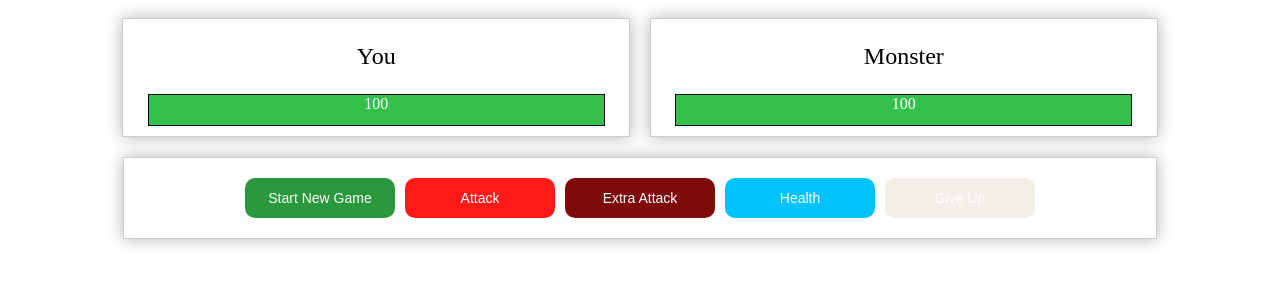
Repository: jakublack/game-fight-vue
Page: /
An editor plug-in stored every save of this project. The page is shown before and after the next save, followed by the edit.
The browser window is 1280 px wide. The pictures show the whole page.
The project was rebuilt for these pictures with package versions that can differ from the ones it lists, and the page was loaded fresh each time.

Above is the page before, as saved 2018-08-08 21:06:46.

### public/index.html
<!DOCTYPE html>
<html lang="en">
  <head>
    <meta charset="utf-8">
    <meta http-equiv="X-UA-Compatible" content="IE=edge">
    <meta name="viewport" content="width=device-width,initial-scale=1.0">
    <link rel="icon" href="<%= BASE_URL %>favicon.ico">
    <title>game-app</title>
  </head>
  <body>
    <noscript>
      <strong>We're sorry but game-app doesn't work properly without JavaScript enabled. Please enable it to continue.</strong>
    </noscript>
    <div id="app"></div>
    <!-- built files will be auto injected -->
  </body>
</html>

### src/components/Game.vue
<template>
  <div class="wrapper--app">
    <div class="wrapper--person">
      <div class="person--player">
        <p>You</p>
        <div class="person--health player--health">{{healthYou}}</div>
      </div>
      <div class="person--player">
        <p>Monster</p>
        <div class="person--health monster--health">{{healthMonster}}</div>
      </div>
    </div>
    <div class="wrapper-action">

      <button class="btn btn-new-game">Start New Game</button>

      <template v-if="!startGame">
        <button class="btn btn-atack">Attack</button>
        <button class="btn btn-extra-atack">Extra Attack</button>
        <button class="btn btn-health">Health</button>
        <button class="btn btn-give-up">Give Up</button>
      </template>

    </div>
  </div>
</template>

<script>
export default {
  name: 'Game',
  data:  function() {
    return {
      healthYou : 100,
      healthMonster : 100,
      startGame : false,
    }
  }
}
</script>

<!-- Add "scoped" attribute to limit CSS to this component only -->
<style scoped>

.wrapper--person {
  text-align: center;
}

.person--player {
  width: 40%;
  display: inline-block;
  margin: 10px;
  text-align: center;
  border: 1px solid #ccc;
  box-shadow: 0px 0px 15px 0px rgba(0,0,0,0.3);
}

.person--player p {
  font-size: 24px;
}

.person--health {
  width: 90%;
  height: 30px;
  margin: 10px auto;
  background-color: #35BF4D;
  border: 1px solid #000;
  color: #fff;
}
.wrapper-action {
  width: calc(80% + 20px);
  height: auto;
  min-height: 80px;
  margin: 10px auto;
  border: 1px solid #ccc;
  box-shadow: 0px 0px 15px 0px rgba(0,0,0,0.3);
  display: flex;
  justify-content: center;
  align-items: center;
}
.btn {
  width: 150px;
  height: 40px;
  border: none;
  cursor: pointer;
  font-size: 14px;
  outline: none;
  color: #fff;
  border-radius: 10px;
  margin: 5px;
}
.btn-new-game {
  background-color: #2A983D;
}
.btn-atack {
  background-color:#FF1919;
}
.btn-extra-atack {
  background-color: #7f0c0c;
}
.btn-health {
  background-color: #00C3FF;
}
.btn-give-up {
  background-color: #F4EEE8;
}




</style>

Loaded but not shown: src/main.js (common file); src/App.vue (common file)

After the next save:
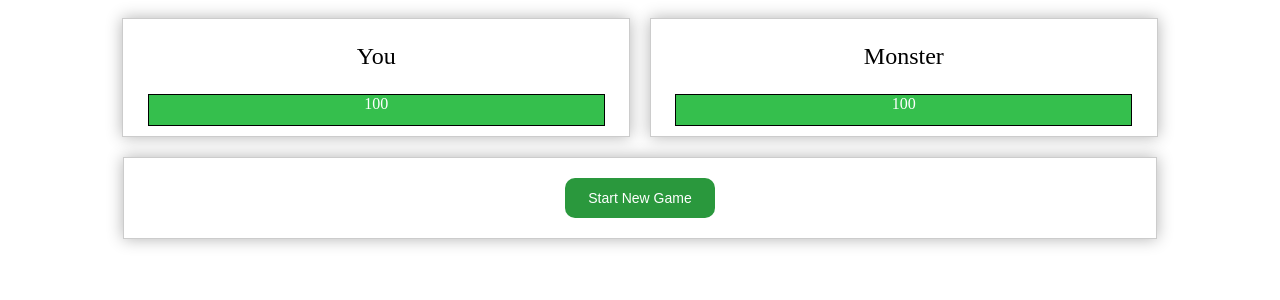
Saved 6 s later.
--- a/src/components/Game.vue
+++ b/src/components/Game.vue
@@ -14,7 +14,7 @@
 
       <button class="btn btn-new-game">Start New Game</button>
 
-      <template v-if="!startGame">
+      <template v-if="startGame">
         <button class="btn btn-atack">Attack</button>
         <button class="btn btn-extra-atack">Extra Attack</button>
         <button class="btn btn-health">Health</button>
